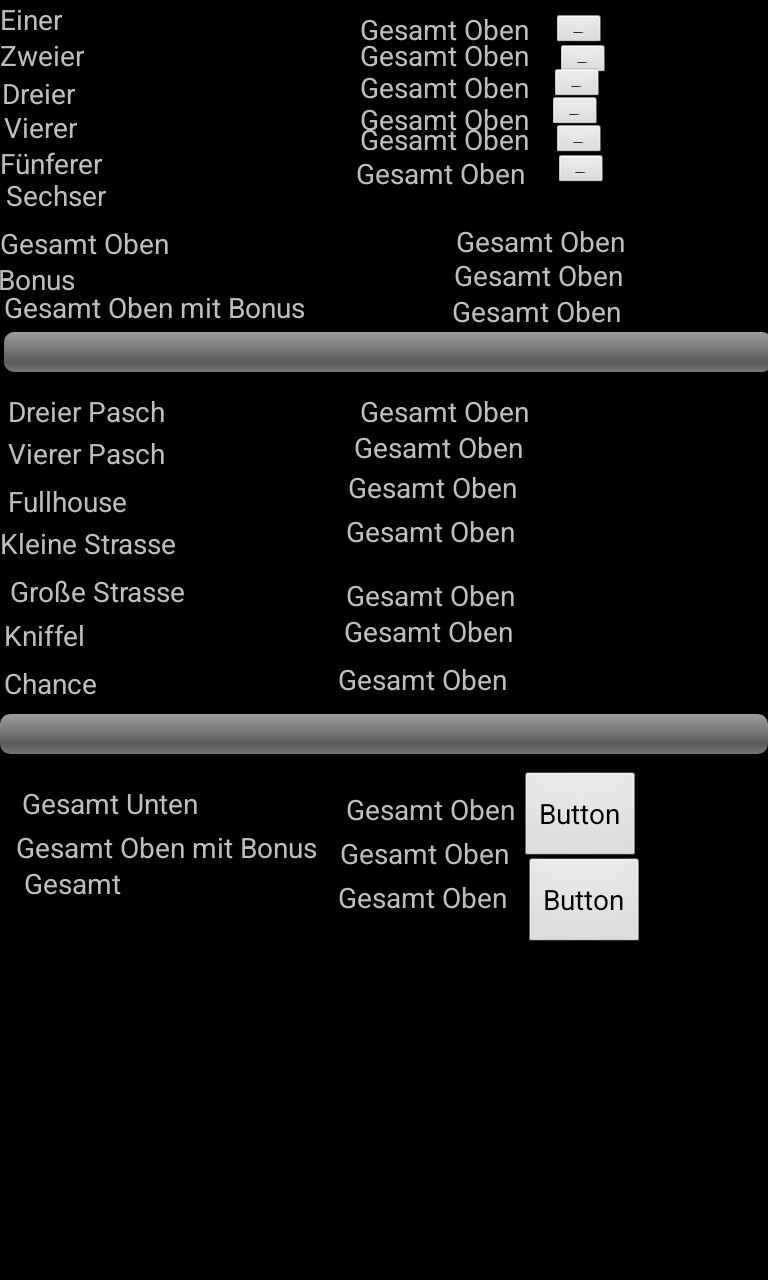
Repository: Lemkerene/App
Layout: kniffel/res/layout/blatt.xml
An editor plug-in stored every save of this project. The layout is shown before and after the next save, followed by the edit.
It is drawn on a 768 x 1280 px phone screen (xhdpi) without system bars, with theme android:Theme; the app's code is not run.

Above is the layout before, as saved 2012-08-05 10:49:43.

After the next save:
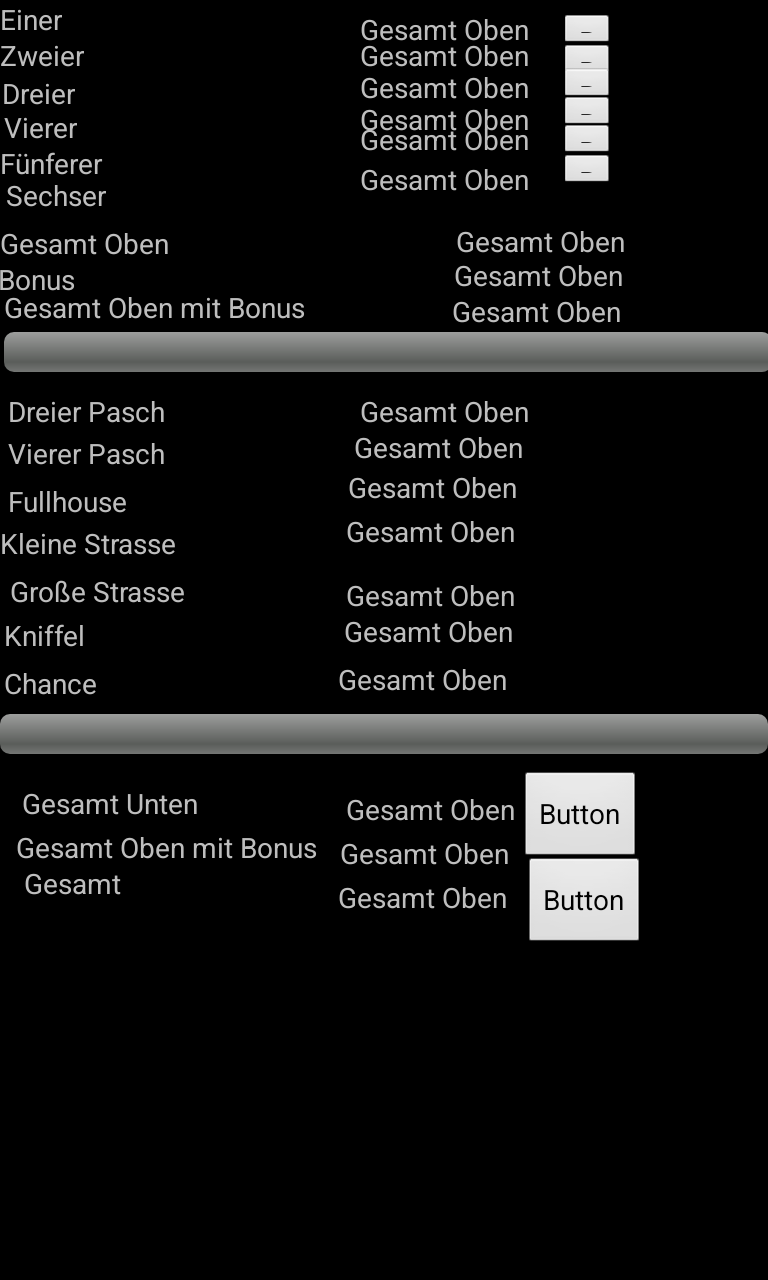
Saved 11 min 18 s later.
--- a/kniffel/res/layout/blatt.xml
+++ b/kniffel/res/layout/blatt.xml
@@ -313,16 +313,6 @@
         android:text="@string/gesoben"
         android:textAppearance="?android:attr/textAppearanceSmall" />
 
-
-    <TextView
-        android:id="@+id/ein6er"
-        android:layout_width="wrap_content"
-        android:layout_height="wrap_content"
-        android:layout_x="178dp"
-        android:layout_y="77dp"
-        android:text="@string/gesoben"
-        android:textAppearance="?android:attr/textAppearanceSmall" />
-
     <TextView
         android:id="@+id/TextView28"
         android:layout_width="wrap_content"
@@ -392,7 +382,7 @@
         style="?android:attr/buttonStyleSmall"
         android:layout_width="27dp"
         android:layout_height="18dp"
-        android:layout_x="276dp"
+        android:layout_x="280dp"
         android:layout_y="7dp"
         android:onClick="OnClickeintrag"
         android:text="Button" />
@@ -403,7 +393,7 @@
         style="?android:attr/buttonStyleSmall"
         android:layout_width="27dp"
         android:layout_height="18dp"
-        android:layout_x="278dp"
+        android:layout_x="280dp"
         android:layout_y="22dp"
         android:onClick="OnClickeintrag"
         android:text="Button" />
@@ -414,7 +404,7 @@
         style="?android:attr/buttonStyleSmall"
         android:layout_width="27dp"
         android:layout_height="18dp"
-        android:layout_x="275dp"
+        android:layout_x="280dp"
         android:layout_y="34dp"
         android:onClick="OnClickeintrag"
         android:text="Button" />
@@ -425,7 +415,7 @@
         style="?android:attr/buttonStyleSmall"
         android:layout_width="27dp"
         android:layout_height="18dp"
-        android:layout_x="274dp"
+        android:layout_x="280dp"
         android:layout_y="48dp"
         android:onClick="OnClickeintrag"
         android:text="Button" />
@@ -435,7 +425,7 @@
         style="?android:attr/buttonStyleSmall"
         android:layout_width="27dp"
         android:layout_height="18dp"
-        android:layout_x="276dp"
+        android:layout_x="280dp"
         android:layout_y="62dp"
         android:onClick="OnClickeintrag"
         android:text="Button" />
@@ -445,9 +435,19 @@
         style="?android:attr/buttonStyleSmall"
         android:layout_width="27dp"
         android:layout_height="18dp"
-        android:layout_x="277dp"
+        android:layout_x="280dp"
         android:layout_y="77dp"
         android:onClick="OnClickeintrag"
         android:text="Button" />
 
+
+    <TextView
+        android:id="@+id/ein6er"
+        android:layout_width="wrap_content"
+        android:layout_height="wrap_content"
+        android:layout_x="180dp"
+        android:layout_y="80dp"
+        android:text="@string/gesoben"
+        android:textAppearance="?android:attr/textAppearanceSmall" />
+
 </AbsoluteLayout>
